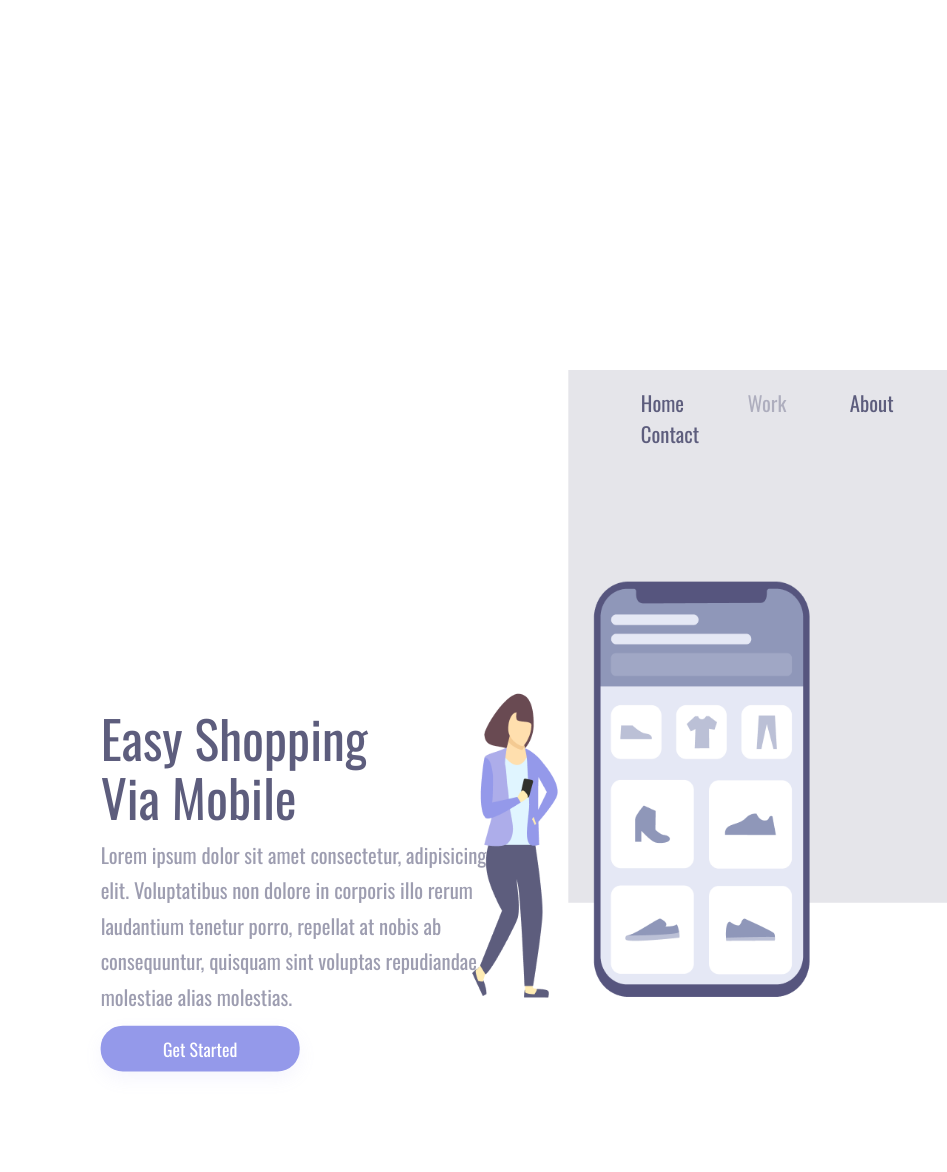
Repository: DihOliver/Projeto-Responsivo
Page: index.html
The author's editor kept a copy of each file at every save. The page is drawn from the files as they stood at one save, then again after the next save.
The browser window is 1280 px wide. The pictures show the whole page, at 74% of full size.
Some web fonts or font styles are not loaded; a fallback is used.

Above is the page before, as saved 2023-06-06 23:12:11.

After the next save:
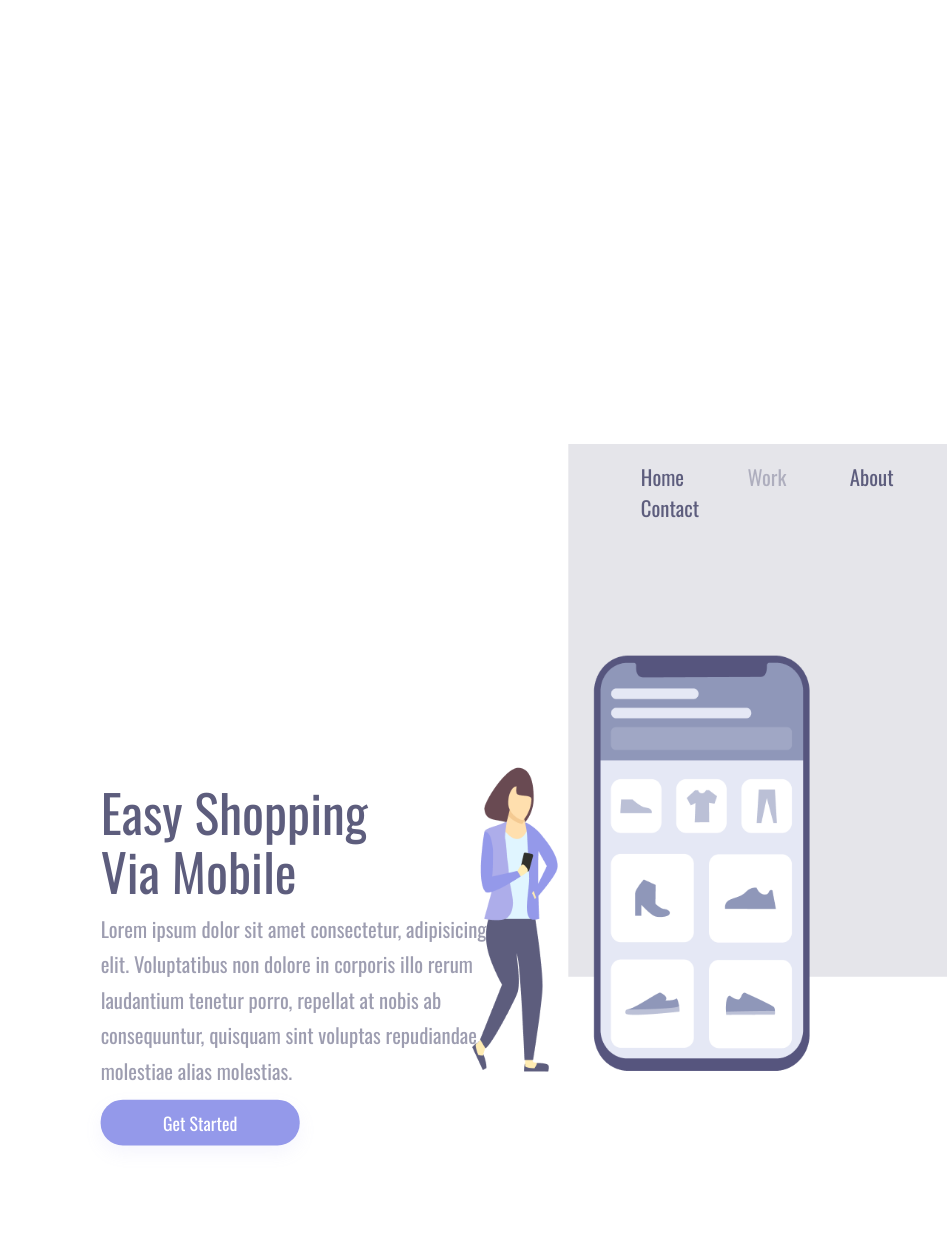
Saved 14 s later.
--- a/styles.css
+++ b/styles.css
@@ -9,7 +9,7 @@
 .wrapper {
     height: 100vh;
     width: 100vw;
-    margin-top: 500px;
+    margin-top: 600px;
 }
 
 .container-left {
